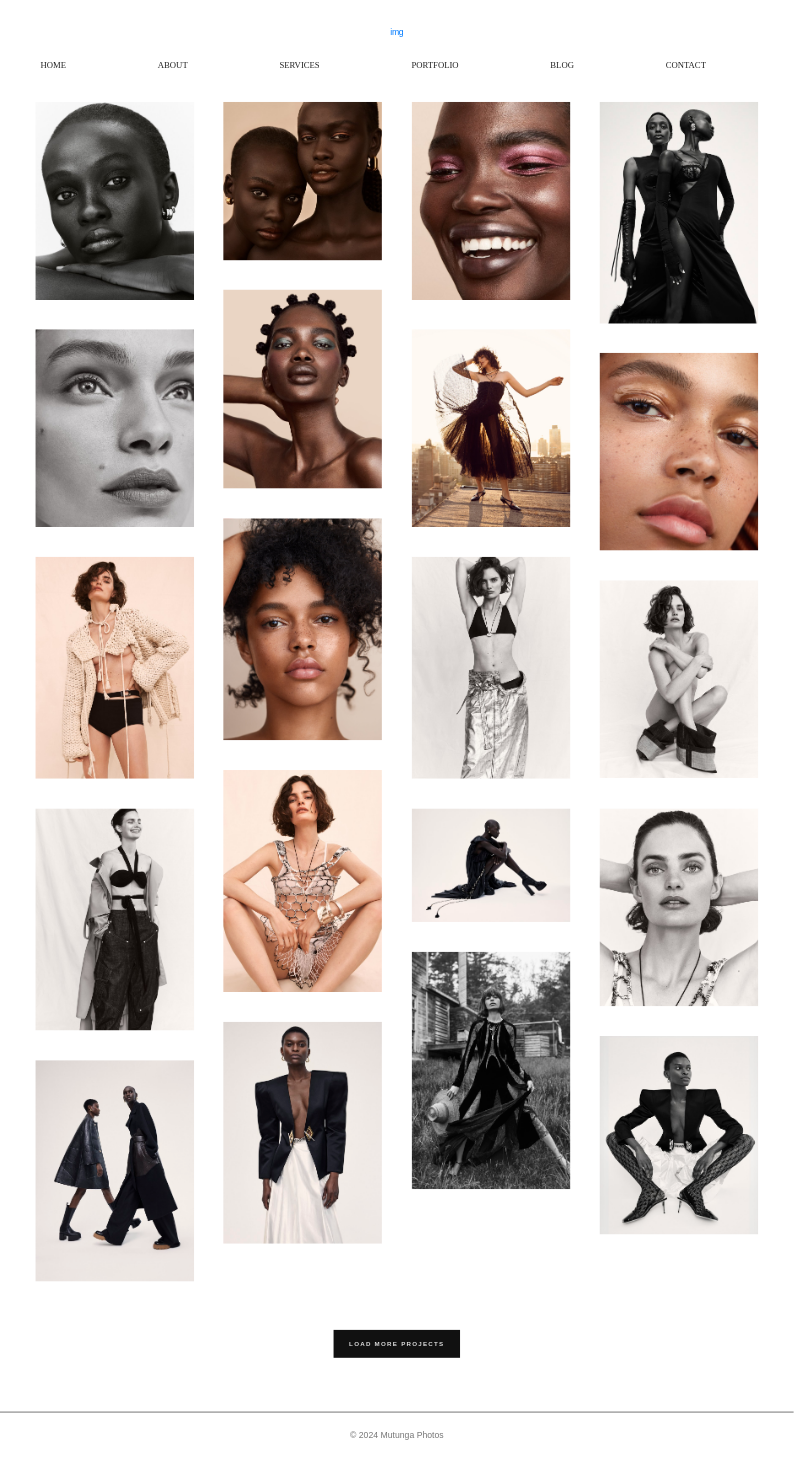
Repository: Jonar254/mutunga-concept-01
Page: index.html
The author's editor kept a copy of each file at every save. The page is drawn from the files as they stood at one save, then again after a run of saves.
The browser window is 1280 px wide. The pictures show the whole page, at 62% of full size.
Some web fonts or font styles are not loaded; a fallback is used.

Above is the page before, as saved 2024-07-02 19:12:37.

### index.html
<!doctype html>
<!--[if lt IE 7]>      <html class="no-js lt-ie9 lt-ie8 lt-ie7" lang=""> <![endif]-->
<!--[if IE 7]>         <html class="no-js lt-ie9 lt-ie8" lang=""> <![endif]-->
<!--[if IE 8]>         <html class="no-js lt-ie9" lang=""> <![endif]-->
<!--[if gt IE 8]><!--> <html class="no-js" lang="en"> <!--<![endif]-->


<head>
        <meta charset="utf-8">
        <meta name="viewport" content="width=device-width, initial-scale=1">
		<meta name="description" content="">
        <meta name="author" content="IconicThemes">

        <title>Mutunga Photos || Index</title>

		<link rel="shortcut icon" type="image/x-icon" href="img/favicon.png">

        <!-- Font Awesome Icons CSS -->
        <link rel="stylesheet" href="css/font-awesome.min.css">
        <!-- Themify Icons CSS -->
        <link rel="stylesheet" href="css/themify-icons.css">
        <!-- Elegant Font Icons CSS -->
        <link rel="stylesheet" href="css/elegant-font-icons.css">
        <!-- Elegant Line Icons CSS -->
        <link rel="stylesheet" href="css/elegant-line-icons.css">
		<!-- Bootstrap CSS -->
        <link rel="stylesheet" href="css/bootstrap.min.css">
        <!-- CSS Animation -->
        <link rel="stylesheet" href="css/animate.min.css">
		<!-- Venobox CSS -->
        <link rel="stylesheet" href="css/venobox/venobox.css">
		<!-- OWL-Carousel CSS -->
        <link rel="stylesheet" href="css/owl.carousel.css">
        <!-- Slick Nav CSS -->
        <link rel="stylesheet" href="css/slicknav.min.css">
		<!-- Main CSS -->
        <link rel="stylesheet" href="css/main.css">
		<!-- Responsive CSS -->
        <link rel="stylesheet" href="css/responsive.css">

        <script src="js/vendor/modernizr-2.8.3-respond-1.4.2.min.js"></script>
    </head>
    <body>
        <!--[if lt IE 8]>
            <p class="browserupgrade">You are using an <strong>outdated</strong> browser. Please <a href="http://browsehappy.com/">upgrade your browser</a> to improve your experience.</p>
        <![endif]-->

        <div class="site-preloader-wrap">
            <div class="spinner"></div>
        </div><!-- Preloader -->

        <header id="header" class="header-section">
            <div class="container-fluid">
                <div class="row d-flex flex-column align-items-center">
                    <div class="col-12 text-center pt-lg-4">
                        <div class="site-branding">
                            <a href="index.html">img</a>
                        </div>
                    </div>
                    <div class="col-12 text-center">
                        <ul id="mainmenu" class="nav navbar-nav nav-menu">
                            <li class="nav-item active"><a href="index.html" class="nav-link">Home</a></li>
                            <li class="nav-item"><a href="about.html" class="nav-link">About</a></li>
                            <li class="nav-item"><a href="services.html" class="nav-link">Services</a></li>
                            <li class="nav-item"><a href="portfolio.html" class="nav-link">Portfolio</a></li>

                             <li class="nav-item"><a href="blog.html" class="nav-link">Blog</a>
                                <ul class="submenu">
                                    <li class="nav-item"><a href="blog-single.html" class="nav-link">Blog Single</a></li>
                                </ul>
                            </li>
                            <li class="nav-item"><a href="contact.html" class="nav-link">Contact</a></li>
                        </ul>
                    </div>
                </div>
            </div>
        </header>


       <!--<div class="header-height"></div>-->



        <section class="portfolio-section padding">
        <div class="container-fluid px-lg-5">
            <!-- <div class="row">
                 <ul class="portfolio-filter text-center mb-30">
                     <li class="active" data-filter="*">All</li>
                     <li data-filter=".branding">Branding</li>
                     <li data-filter=".design">Design</li>
                     <li data-filter=".wordpress">Wordpress</li>
                     <li data-filter=".marketing">Marketing</li>
                 </ul> /.Work filter
             </div> -->
             <div class="row portfolio-items">
                 <div class="col-lg-3 col-md-4 col-sm-6 mb-5 px-4 single-item branding design">
                     <div class="portfolio-box">
                         <img src="img/lara (1).jpeg" alt="img">
                         <div class="portfolio-inner">
                             <div class="portfolio-content">
                                 <h3><a href="portfolio-single.html">1</a></h3>
                                 <span>Branding</span>
                             </div>
                         </div>
                     </div>
                 </div><!-- /Portfolio-1 -->
                 <div class="col-lg-3 col-md-4 col-sm-6 mb-5 px-4 single-item design wordpress">
                     <div class="portfolio-box">
                         <img src="img/lara (2).jpeg" alt="img">
                         <div class="portfolio-inner">
                             <div class="portfolio-content">
                                 <h3><a href="portfolio-single.html">2</a></h3>
                                 <span>Design</span>
                             </div>
                         </div>
                     </div>
                 </div><!-- /Portfolio-2 -->
                 <div class="col-lg-3 col-md-4 col-sm-6 mb-5 px-4 single-item wordpress marketing">
                     <div class="portfolio-box">
                         <img src="img/lara (3).jpeg" alt="img">
                         <div class="portfolio-inner">
                             <div class="portfolio-content">
                                 <h3><a href="portfolio-single.html">3</a></h3>
                                 <span>Web Design</span>
                             </div>
                         </div>
                     </div>
                 </div><!-- /Portfolio-3 -->
                 <div class="col-lg-3 col-md-4 col-sm-6 mb-5 px-4 single-item branding marketing">
                     <div class="portfolio-box">
                         <img src="img/lara (17).jpg" alt="img">
                         <div class="portfolio-inner">
                             <div class="portfolio-content">
                                 <h3><a href="portfolio-single.html">4</a></h3>
                                 <span>Website</span>
                             </div>
                         </div>
                     </div>
                 </div><!-- /Portfolio-4 -->
                 <div class="col-lg-3 col-md-4 col-sm-6 mb-5 px-4 single-item design branding">
                     <div class="portfolio-box">
                         <img src="img/lara (5).jpeg" alt="img">
                         <div class="portfolio-inner">
                             <div class="portfolio-content">
                                 <h3><a href="portfolio-single.html">5</a></h3>
                                 <span>Design</span>
                             </div>
                         </div>
                     </div>
                 </div><!-- /Portfolio-5 -->
                 <div class="col-lg-3 col-md-4 col-sm-6 mb-5 px-4 single-item wordpress design">
                     <div class="portfolio-box">
                         <img src="img/lara (6).jpeg" alt="img">
                         <div class="portfolio-inner">
                             <div class="portfolio-content">
                                 <h3><a href="portfolio-single.html">6</a></h3>
                                 <span>Branding</span>
                             </div>
                         </div>
                     </div>
                 </div><!-- /Portfolio-6 -->
                 <div class="col-lg-3 col-md-4 col-sm-6 mb-5 px-4 single-item branding wordpress">
                     <div class="portfolio-box">
                         <img src="img/lara (7).jpeg" alt="img">
                         <div class="portfolio-inner">
                             <div class="portfolio-content">
                                 <h3><a href="portfolio-single.html">7</a></h3>
                                 <span>Website</span>
                             </div>
                         </div>
                     </div>
                 </div><!-- /Portfolio-7 -->
                 <div class="col-lg-3 col-md-4 col-sm-6 mb-5 px-4 single-item design marketing">
                     <div class="portfolio-box">
                         <img src="img/lara (8).jpg" alt="img">
                         <div class="portfolio-inner">
                             <div class="portfolio-content">
                                 <h3><a href="portfolio-single.html">8</a></h3>
                                 <span>Branding</span>
                             </div>
                         </div>
                     </div>
                 </div><!-- /Portfolio-8 -->
                 <div class="col-lg-3 col-md-4 col-sm-6 mb-5 px-4 single-item marketing design">
                     <div class="portfolio-box">
                         <img src="img/lara (9).jpg" alt="img">
                         <div class="portfolio-inner">
                             <div class="portfolio-content">
                                 <h3><a href="portfolio-single.html">9</a></h3>
                                 <span>Design</span>
                             </div>
                         </div>
                     </div>
                 </div><!-- /Portfolio-9 -->
                 <!-- Portfolio Items from 10 to 20 -->
<div class="col-lg-3 col-md-4 col-sm-6 mb-5 px-4 single-item marketing design">
    <div class="portfolio-box">
        <img src="img/lara (10).jpg" alt="img">
        <div class="portfolio-inner">
            <div class="portfolio-content">
                <h3><a href="portfolio-single.html">10</a></h3>
                <span>Design</span>
            </div>
        </div>
    </div>
</div><!-- /Portfolio-10 -->

<div class="col-lg-3 col-md-4 col-sm-6 mb-5 px-4 single-item marketing design">
    <div class="portfolio-box">
        <img src="img/lara (11).jpg" alt="img">
        <div class="portfolio-inner">
            <div class="portfolio-content">
                <h3><a href="portfolio-single.html">11</a></h3>
                <span>Design</span>
            </div>
        </div>
    </div>
</div><!-- /Portfolio-11 -->

<div class="col-lg-3 col-md-4 col-sm-6 mb-5 px-4 single-item marketing design">
    <div class="portfolio-box">
        <img src="img/lara (12).jpg" alt="img">
        <div class="portfolio-inner">
            <div class="portfolio-content">
                <h3><a href="portfolio-single.html">12</a></h3>
                <span>Design</span>
            </div>
        </div>
    </div>
</div><!-- /Portfolio-12 -->

<div class="col-lg-3 col-md-4 col-sm-6 mb-5 px-4 single-item marketing design">
    <div class="portfolio-box">
        <img src="img/lara (13).jpg" alt="img">
        <div class="portfolio-inner">
            <div class="portfolio-content">
                <h3><a href="portfolio-single.html">13</a></h3>
                <span>Design</span>
            </div>
        </div>
    </div>
</div><!-- /Portfolio-13 -->

<div class="col-lg-3 col-md-4 col-sm-6 mb-5 px-4 single-item marketing design">
    <div class="portfolio-box">
        <img src="img/lara (14).jpg" alt="img">
        <div class="portfolio-inner">
            <div class="portfolio-content">
                <h3><a href="portfolio-single.html">14</a></h3>
                <span>Design</span>
            </div>
        </div>
    </div>
</div><!-- /Portfolio-14 -->

<div class="col-lg-3 col-md-4 col-sm-6 mb-5 px-4 single-item marketing design">
    <div class="portfolio-box">
        <img src="img/lara (15).jpg" alt="img">
        <div class="portfolio-inner">
            <div class="portfolio-content">
                <h3><a href="portfolio-single.html">15</a></h3>
                <span>Design</span>
            </div>
        </div>
    </div>
</div><!-- /Portfolio-15 -->

<div class="col-lg-3 col-md-4 col-sm-6 mb-5 px-4 single-item marketing design">
    <div class="portfolio-box">
        <img src="img/lara (16).jpg" alt="img">
        <div class="portfolio-inner">
            <div class="portfolio-content">
                <h3><a href="portfolio-single.html">16</a></h3>
                <span>Design</span>
            </div>
        </div>
    </div>
</div><!-- /Portfolio-16 -->

<div class="col-lg-3 col-md-4 col-sm-6 mb-5 px-4 single-item marketing design">
    <div class="portfolio-box">
        <img src="img/lara (4).jpg" alt="img">
        <div class="portfolio-inner">
            <div class="portfolio-content">
                <h3><a href="portfolio-single.html">17</a></h3>
                <span>Design</span>
            </div>
        </div>
    </div>
</div><!-- /Portfolio-17 -->

<div class="col-lg-3 col-md-4 col-sm-6 mb-5 px-4 single-item marketing design">
    <div class="portfolio-box">
        <img src="img/lara (18).jpg" alt="img">
        <div class="portfolio-inner">
            <div the "portfolio-content">
                <h3><a href="portfolio-single.html">18</a></h3>
                <span>Design</span>
            </div>
        </div>
    </div>
</div><!-- /Portfolio-18 -->

<div class="col-lg-3 col-md-4 col-sm-6 mb-5 px-4 single-item marketing design">
    <div class="portfolio-box">
        <img src="img/lara (19).jpg" alt="img">
        <div class="portfolio-inner">
            <div class="portfolio-content">
                <h3><a href="portfolio-single.html">19</a></h3>
                <span>Design</span>
            </div>
        </div>
    </div>
</div><!-- /Portfolio-19 -->

<div class="col-lg-3 col-md-4 col-sm-6 mb-5 px-4 single-item marketing design">
    <div class="portfolio-box">
        <img src="img/lara (20).jpg" alt="img">
        <div class="portfolio-inner">
            <div the "portfolio-content">
                <h3><a href="portfolio-single.html">20</a></h3>
                <span>Design</span>
            </div>
        </div>
    </div>
</div><!-- /Portfolio-20 -->

             </div>
             <div class="load-more-btn text-center mt-30">
                 <a href="#" class="default-btn">Load More Projects</a>
             </div>
         </div>
        </section>

<!--
        <section class="footer-widget-section padding">
            <div class="container">
                <div class="row">
                    <div class="col-md-4 col-sm-6 xs-padding">
                        <div class="footer-widget">
                            <h2 class="text-white">Stela.</h2>
                            <div class="sep"></div>
                            <p class="mb-0">Stela will help you to make any website like creative startups, professional photographer, portfolio agency or other business very easily as it has been coded in Bootstrap and CSS3.</p>
                        </div>
                    </div>
                    <div class="col-md-4 col-sm-6 xs-padding">
                        <div class="footer-widget">
                            <ul class="address">
                                <li><i class="fa fa-phone"></i> <a href="mailto:+12345678905">+1234 567 8905</a></li>
                                <li><i class="fa fa-envelope-o"></i> <a href="mailto:email@yourdomain.com">email@yourdomain.com</a></li>
                                <li><i class="fa fa-map-marker"></i> 60 Grand Avenue. Central New Road 0708, USA</li>
                            </ul>
                            <ul class="social-icon">
                                <li class="facebook"><a href="#"><i class="fa fa-facebook"></i></a></li>
                                <li class="twitter"><a href="#"><i class="fa fa-twitter"></i></a></li>
                                <li class="instagram"><a href="#"><i class="fa fa-instagram"></i></a></li>
                                <li class="pinterest"><a href="#"><i class="fa fa-pinterest"></i></a></li>
                                <li class="dribbble"><a href="#"><i class="fa fa-dribbble"></i></a></li>
                            </ul>
                        </div>
                    </div>
                    <div class="col-md-4 col-sm-6 xs-padding">
                        <div class="footer-widget">
                            <h2 class="text-white">About me.</h2>
                            <div class="sep"></div>
                            <p class="mb-0">I believe that every client Business more management is a holistic management approach focused on aligning all aspects organization with the wants and needs of clients.</p>
                        </div>
                    </div>
                </div>
            </div>
        </section><!-- /.footer-widget-section -->

        <footer class="copyright-text text-center">
            <div class="container">
                <p>&copy; 2024 Mutunga Photos</p>
            </div>
        </footer><!-- /.copyright-text -->

		<a data-scroll href="#header" id="scroll-to-top"><i class="arrow_up"></i></a>

		<!-- jQuery Lib -->
		<script src="js/vendor/jquery-1.12.4.min.js"></script>
		<!-- Bootstrap JS -->
		<script src="js/vendor/bootstrap.min.js"></script>
		<!-- Tether JS -->
		<script src="js/vendor/tether.min.js"></script>
        <!-- Imagesloaded JS -->
        <script src="js/vendor/imagesloaded.pkgd.min.js"></script>
		<!-- OWL-Carousel JS -->
		<script src="js/vendor/owl.carousel.min.js"></script>
		<!-- isotope JS -->
		<script src="js/vendor/jquery.isotope.v3.0.2.js"></script>
		<!-- Smooth Scroll JS -->
		<script src="js/vendor/smooth-scroll.min.js"></script>
		<!-- venobox JS -->
		<script src="js/vendor/venobox.min.js"></script>
        <!-- Slick Nav JS -->
        <script src="js/vendor/jquery.slicknav.min.js"></script>
        <!-- Wow JS -->
		<script src="js/vendor/wow.min.js"></script>
		<!-- Contact JS -->
		<script src="js/contact.js"></script>
		<!-- Main JS -->
		<script src="js/main.js"></script>

    </body>

</html>

### css/responsive.css
/* Charitify Theme Responsive Design */

@media (max-width: 1024px) {
   .skill-content {
    padding: 29px 20px;
}

/* ---- Start of max-width 992px CSS ---- */
@media (max-width: 992px) {
    .sm-padding{
        padding: 15px;
    }
    ul.nav > li > a {
        font-size: 10px;
        padding: 0 5px;
    }
    .blog-content p{
        font-size: 12px;
    }
    .blog-items{
        padding: 0 10px;
    }
    .list-items .blog-post .col-md-6:first-child{
        padding-left: 15px;
    }
    .bottom-header .default-btn{
        display: none;
    }
    #mainmenu li{
        padding-left: 15px;
    }
    .hero-content h1{
        font-size: 36px;
    }
    .about-bg {
        margin-bottom: 30px;
    }
    .comments-list .comment-box {
        width: 80%;
    }
    .reply-list .comment-box{
        width: 80%;
    }
    .social-icon li{
        margin-bottom: 10px;
    }

}
/* ---- End of max-width 992px CSS ---- */


/* ---- Start of min-width 480px and max-width 768px CSS ---- */
@media all and (min-width: 480px) and (max-width: 768px) {

}
/* ---- End of min-width 480px and max-width 768px CSS ---- */


/* ---- Start of max-width 767px CSS ---- */
@media all and (max-width: 767px) {
    body, p{
        font-size: 12px;
        line-height: 22px;
    }
    h1{
        font-size: 30px;
        line-height: 40px;
    }
    h2 br,
    h1 br{
        display: none;
    }
    h2{
        font-size: 20px;
    }
    h3{
        font-size: 16px;
    }
    p br{
        display: none;
    }
    .hero-section,
    .page-header.
    .padding{
        padding: 60px 0;
    }
    .portfolio-section{ padding-top: 0; }
    .xs-padding{
    	padding: 15px;
    }
    .site-branding {
        padding: 17px 0;
    }
    .js #mainmenu {
        display:none;
    }
    .js .slicknav_menu {
        display:block;
    }
    .main-header .social-icon{
        display: none;
    }
    #scroll-to-top {
        width: 35px;
        height: 35px;
        font-size: 10px;
        line-height: 35px;
        bottom: 20px;
        right: 20px;
    }
}
/* ---- End of max-width 767px CSS ---- */


/* ---- Start of max-width 580px CSS ---- */
@media all and (max-width: 580px) {
    .coment-form .form-group .col-sm-4{
        margin-bottom: 15px;
        margin-top: auto;
    }
    .comment-form .form-group .col-sm-4:nth-child(1),
    .comment-form .form-group .col-sm-4:nth-child(2){
        margin-bottom: 15px;
    }
    .slider-text h1{
        font-size: 16px;
    }
    .slider-text p{
        display: none;
    }
    .top-content-wrap ul li{
        margin-right: 18px;
    }
    .reply-list {
        padding-left: 20px;
    }

}
/* ---- End of max-width 580px CSS ---- */


/* ---- Start of max-width 420px CSS ---- */
@media all and (max-width: 420px) {

}
/* ---- End of max-width 420px CSS ---- */


/* ---- Start of max-width 380px CSS ---- */
@media all and (max-width: 380px) {
	.slider_content .btn_group a {
        margin: 0 10px 10px 0;
    }
}
/* ---- End of max-width 380px CSS ---- */

Loaded but not shown: css/font-awesome.min.css (library); css/themify-icons.css (library); css/bootstrap.min.css (library); css/animate.min.css (library); css/venobox/venobox.css (common file); css/owl.carousel.css (library); css/slicknav.min.css (common file); js/vendor/modernizr-2.8.3-respond-1.4.2.min.js (library); js/vendor/jquery-1.12.4.min.js (library); js/vendor/bootstrap.min.js (library); js/vendor/tether.min.js (library); js/vendor/imagesloaded.pkgd.min.js (library); js/vendor/owl.carousel.min.js (library); js/vendor/jquery.isotope.v3.0.2.js (library); js/vendor/smooth-scroll.min.js (library); js/vendor/venobox.min.js (library); js/vendor/jquery.slicknav.min.js (library); js/vendor/wow.min.js (library); js/main.js (164 lines, source omitted); js/contact.js (49 lines, source omitted); css/main.css (1443 lines, source omitted); css/elegant-font-icons.css (1157 lines, source omitted); css/elegant-line-icons.css (343 lines, source omitted)

After the next 5 saves:
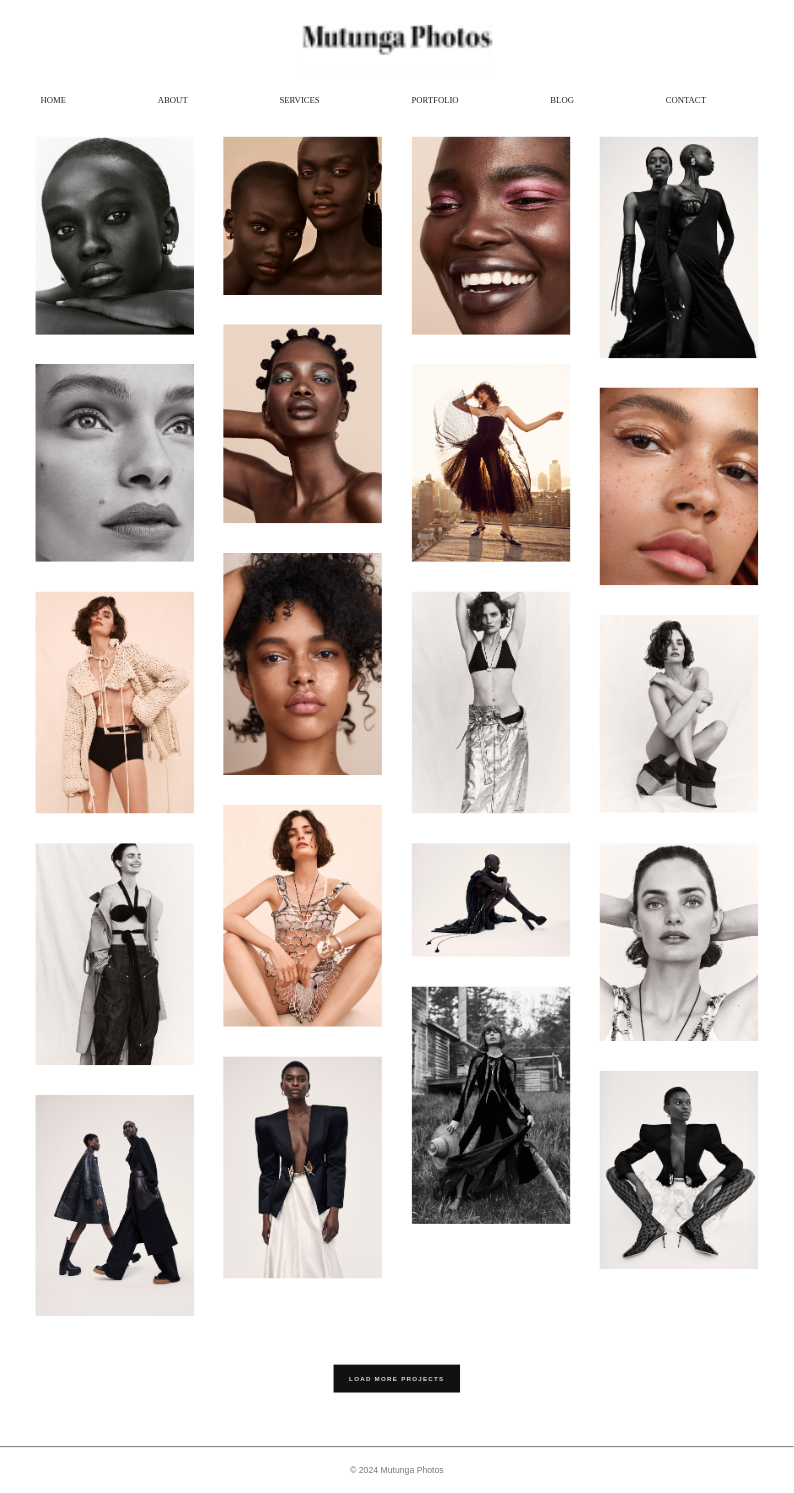
The 5 saves are shown as one change because they came seconds apart.
The last was saved 12 s later.
--- a/index.html
+++ b/index.html
@@ -54,7 +54,7 @@
                 <div class="row d-flex flex-column align-items-center">
                     <div class="col-12 text-center pt-lg-4">
                         <div class="site-branding">
-                            <a href="index.html">img</a>
+                            <a href="index.html"><img src="img/logo.png" alt=""></a>
                         </div>
                     </div>
                     <div class="col-12 text-center">
